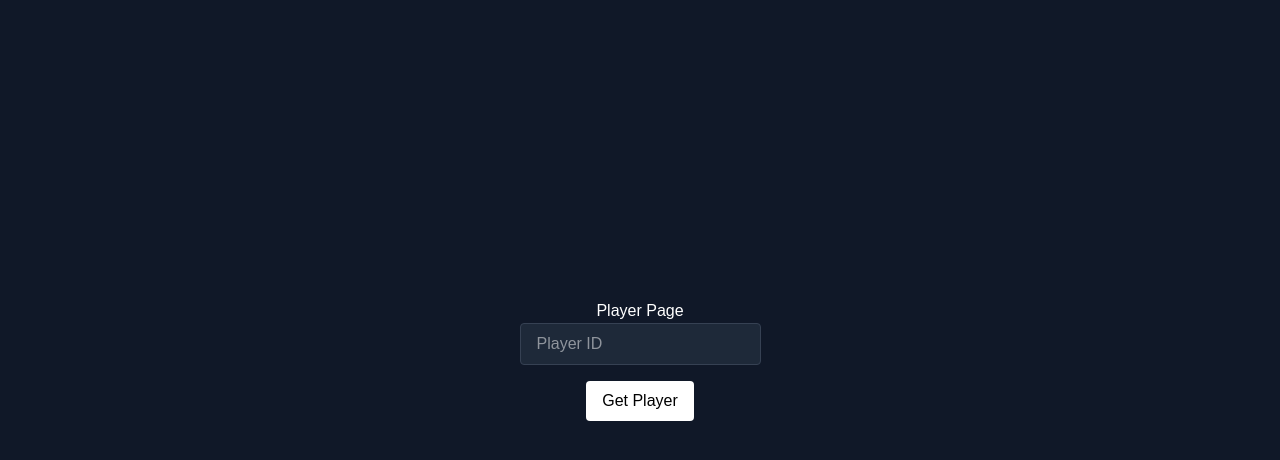
Repository: Cuponk/comparator_v2
Page: /
These files come from the project's save history. The page is drawn as it stood at one moment and after a run of saves; the edit follows.
The browser window is 1280 px wide. The pictures show the whole page.
The project was rebuilt for these pictures with package versions that can differ from the ones it lists, and the page was loaded fresh each time. The framework's server and built-in components were replaced by stand-ins that run in the browser. Also part of the build but not shown: next.config.ts.

Above is the page before, as saved 2026-01-29 17:30:44.

### app/page.tsx
"use client";

import { useState } from "react";

const page = () => {

    const [player, setPlayer] = useState(null);
    const [playerId, setPlayerId] = useState("");

    function fetchPlayer(id: string) {
        fetch('/api/players/' + id)
        .then(response => response.json())
        .then(data => {
            setPlayer(data);
        })
        .catch(error => {
            console.error('Error fetching player:', error);
        });
    }

    function renderPlayer() {
        if (!player) return null;

        return (
            <div className="mt-4 p-4 bg-gray-800 rounded">
                <h2 className="text-xl font-bold mb-2">Player Details</h2>
                <p><strong>ID:</strong> {player.id}</p>
                <p><strong>Name:</strong> {player.full_name}</p>
                <p><strong>Team:</strong> {player.position}</p>
                {/* Add more player fields as necessary */}
            </div>
        );
    }

    return(
    <div className="flex flex-col items-center justify-center min-h-screen bg-gray-900 text-white space-y-4">
        Player Page
        <input type="text" placeholder="Player ID" className="px-4 py-2 rounded bg-gray-800 border border-gray-700 text-white" value={playerId} onChange={(e) => setPlayerId(e.target.value)} />
        <button className="bg-white text-black px-4 py-2 rounded" onClick={() => fetchPlayer(playerId)}>
            Get Player
        </button>
        {renderPlayer()}

    </div>
    );
};

export default page;

Loaded but not shown: app/layout.tsx (common file); app/globals.css (common file)

After the next 2 saves:
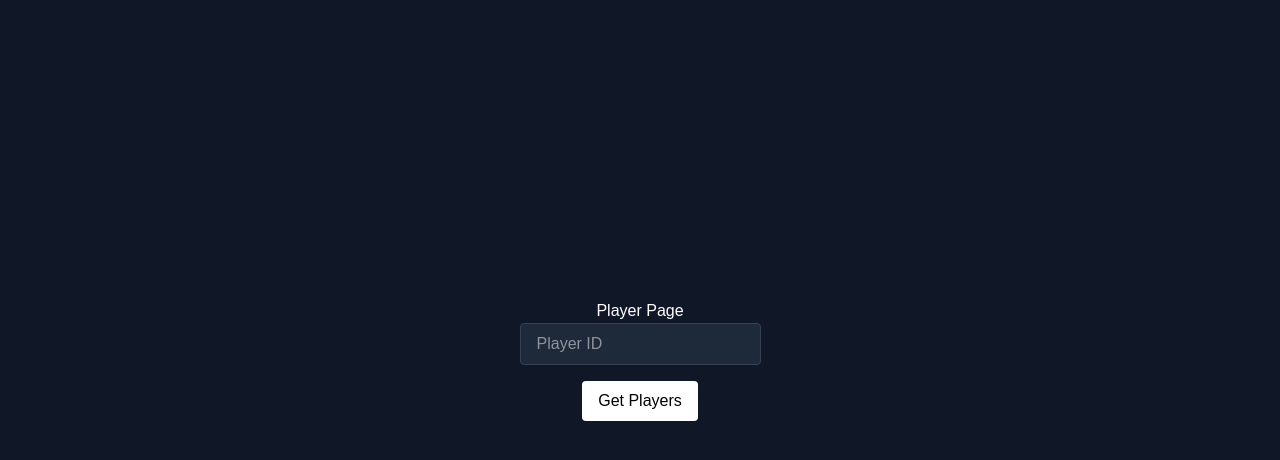
The 2 saves are shown as one change because they came seconds apart.
The last was saved 2 min 9 s later.
--- a/app/page.tsx
+++ b/app/page.tsx
@@ -6,6 +6,8 @@ const page = () => {
 
     const [player, setPlayer] = useState(null);
     const [playerId, setPlayerId] = useState("");
+    const [search, setSearch] = useState("");
+    const [term, setTerm] = useState('');
 
     function fetchPlayer(id: string) {
         fetch('/api/players/' + id)
@@ -32,15 +34,40 @@ const page = () => {
         );
     }
 
+    function searchPlayer(term: string) {
+        fetch('/api/players/search/' + term)
+        .then(response => response.json())
+        .then(data => {
+            setSearch(data);
+        })
+    }
+
+    function renderSearchResults() {
+        if (!search || search.length === 0) return null;
+
+        return (
+            <div className="mt-4 p-4 bg-gray-800 rounded">
+                <h2 className="text-xl font-bold mb-2">Search Results</h2>
+                <ul>
+                    {search.map((player: any) => (
+                        <li key={player.id}>
+                            {player.full_name} - {player.position}
+                        </li>
+                    ))}
+                </ul>
+            </div>
+        );
+    }
+
     return(
     <div className="flex flex-col items-center justify-center min-h-screen bg-gray-900 text-white space-y-4">
         Player Page
-        <input type="text" placeholder="Player ID" className="px-4 py-2 rounded bg-gray-800 border border-gray-700 text-white" value={playerId} onChange={(e) => setPlayerId(e.target.value)} />
-        <button className="bg-white text-black px-4 py-2 rounded" onClick={() => fetchPlayer(playerId)}>
-            Get Player
+        <input type="text" placeholder="Player ID" className="px-4 py-2 rounded bg-gray-800 border border-gray-700 text-white" value={term} onChange={(e) => setTerm(e.target.value)} />
+        <button className="bg-white text-black px-4 py-2 rounded" onClick={() => searchPlayer(term)}>
+            Get Players
         </button>
         {renderPlayer()}
-
+        {renderSearchResults()}
     </div>
     );
 };
